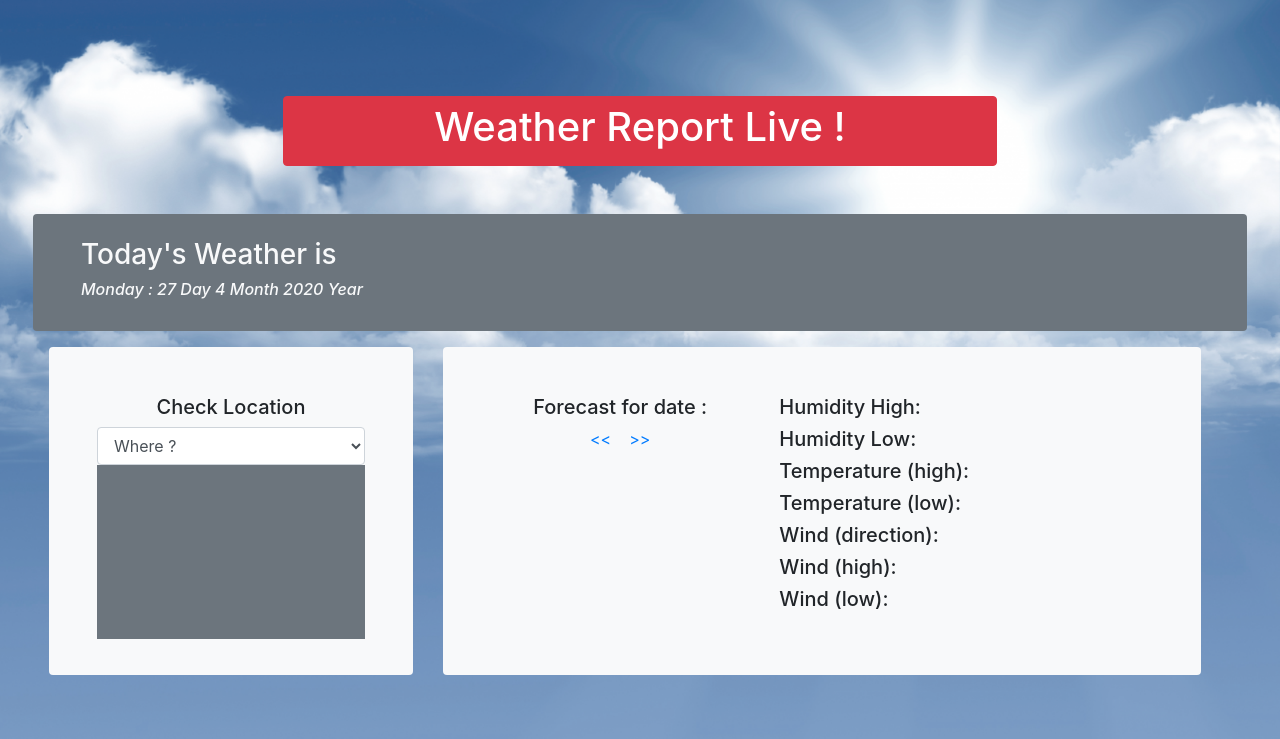
Repository: Code-Institute-Submissions/projectchen88-weatherForecast
Page: index.html
The author's editor kept a record of every edit. The page is drawn from the files as they stood at one moment, then again after the next edit.
The browser window is 1280 px wide. The pictures show the whole page.
The page's requests for data from a server got no answer.

Above is the page before.
Console error (its wording comes from the project's code and is left out).

After the next edit:
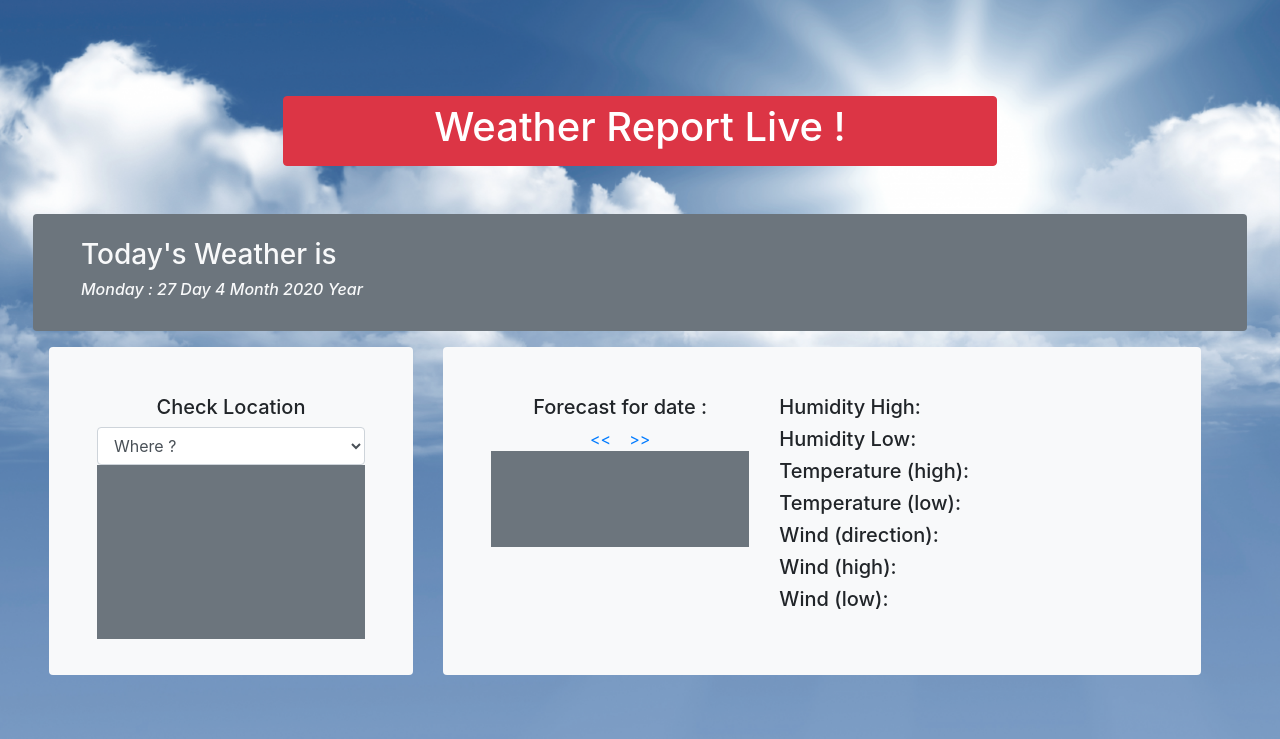
The edit:
--- a/index.html
+++ b/index.html
@@ -60,7 +60,9 @@
                                             <h5 id='forecast-title'> </h5>
                                             <div id= 'next-day' class='text-primary'> &nbsp >> </div>
                                         </div>
-                                        <span id='forecast'></span>
+                                        <div>
+                                            <p class='p-5 bg-secondary' id='forecast'></p>
+                                        </div>
                                     </div>
                                     <div class="col-7">
                                         <div class='d-flex'>
